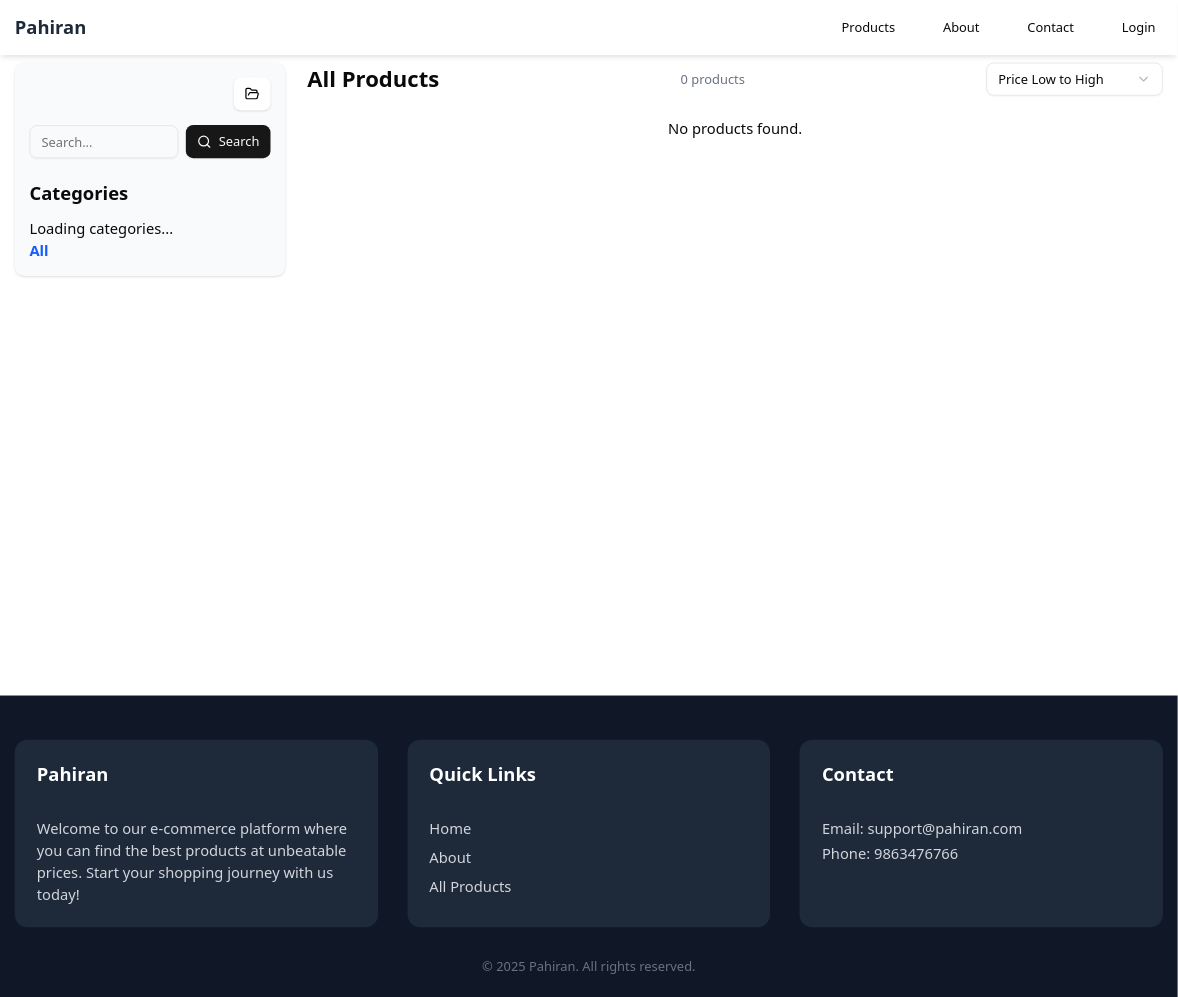
Repository: sushilaneupane/ecommerce_frontend
Page: /products
An editor plug-in stored every save of this project. The page is shown before and after a run of saves, followed by the edit.
The browser window is 1280 px wide. The pictures show the whole page, at 92% of full size.
The page's requests for data from a server got no answer. The project was rebuilt for these pictures with package versions that can differ from the ones it lists, and the page was loaded fresh each time. No one was signed in, and anything a server would have sent is missing. Also part of the build but not shown: vite.config.js, src/middleware/ProtectedRoute.jsx, src/components/Sidebar.jsx, src/layouts/AdminLayout.jsx, src/pages/NewArrival.jsx, src/pages/Featured.jsx, src/pages/Hero.jsx, src/components/ui/label.jsx and 35 more.

Above is the page before, as saved 2025-10-24 15:50:30.

### index.html
<!doctype html>
<html lang="en">
  <head>
    <meta charset="UTF-8" />
    <link rel="icon" type="image/svg+xml" href="/ecommerce.svg" />
    <meta name="viewport" content="width=device-width, initial-scale=1.0" />
    <title>Pahichan</title>
  </head>
  <body>
    <div id="root"></div>
    <script type="module" src="/src/main.jsx"></script>
  </body>
</html>

### src/main.jsx
import React from "react";
import ReactDOM from "react-dom/client";
import App from "./App";
import "./index.css";
import { QueryClient, QueryClientProvider } from "@tanstack/react-query";
import { AuthProvider } from "./context/AuthContext";
import { BrowserRouter } from "react-router-dom";

const queryClient = new QueryClient();

ReactDOM.createRoot(document.getElementById("root")).render(
  <React.StrictMode>
     <BrowserRouter>
      <QueryClientProvider client={queryClient}>
        <AuthProvider>
          <App />
        </AuthProvider>
      </QueryClientProvider>
    </BrowserRouter>
  </React.StrictMode>
);

### src/App.jsx
import React from "react";
import { Routes, Route } from "react-router-dom";
import { useAuth } from "./context/AuthContext";
import ProtectedRoute from "./middleware/ProtectedRoute";

import MainLayout from "./layouts/MainLayout";
import AdminLayout from "./layouts/AdminLayout";

// User pages
import Hero from "./Pages/Hero";
import LoginForm from "./pages/LoginForm";
import AllProducts from "./pages/AllProducts";
import NewArrival from "./pages/NewArrival";
import Contact from "./pages/Contact";
import RegisterForm from "./pages/RegisterForm";
import AboutPage from "./pages/About";
import InfoCard from "./components/InfoCard";
import ProfileCard from "./components/ProfileCard";
import Wishlist from "./pages/Wishlist";
import ShoppingCart from "./pages/Cart";
import Product from "./pages/ProductOverview";
import Featured from "./pages/Featured";
import CheckoutPage from "./pages/Checkout";
import MyOrders from "./pages/MyOrder";
import MyProfile from "./pages/MyProfile";
import ProductTable from "./pages/admin/ProductManagement"
import AdminDashboard from "./pages/admin/AdminDashboard";
import CategoryManagement from "./pages/admin/CategoryManagement";

function App() {
  const { user } = useAuth();

  return (
    <Routes>
      {/* 🌐 MAIN WEBSITE ROUTES */}
      <Route element={<MainLayout />}>
        <Route path="/" element={<Hero />} />
        <Route path="/login" element={<LoginForm />} />
        <Route path="/register" element={<RegisterForm />} />
        <Route path="/about" element={<AboutPage />} />
        <Route path="/contact" element={<Contact />} />
        <Route path="/products" element={<AllProducts />} />
        <Route path="/newarrival" element={<NewArrival />} />
        <Route path="/featured" element={<Featured />} />
        <Route path="/wishlist" element={<Wishlist />} />
        <Route path="/cart" element={<ShoppingCart />} />
        <Route path="/product/:id" element={<Product />} />
        <Route path="/order" element={<CheckoutPage />} />
        <Route path="/myorders" element={<MyOrders />} />
        <Route path="/myprofile" element={<MyProfile />} />
        <Route path="/infocard" element={<InfoCard />} />
        <Route path="/profilecard" element={<ProfileCard />} />
      </Route>

      <Route
        path="/admin/dashboard"
        element={
          <ProtectedRoute allowedRoles={["ADMIN"]}>
            <AdminLayout />
          </ProtectedRoute>
        }
      >
        <Route index element={<AdminDashboard />} />
        <Route path="categories" element={<CategoryManagement />} />
        <Route path="products" element={<ProductTable />} />
      </Route>
    </Routes>
  );
}

export default App;

### src/context/AuthContext.jsx
import React, { createContext, useContext, useState, useEffect } from "react";

const AuthContext = createContext();

export const AuthProvider = ({ children }) => {
  const [isAuthenticated, setIsAuthenticated] = useState(false);
  const [user, setUser] = useState(null);
  const [loading, setLoading] = useState(true); // ✅ new loading state

  // Restore token and user from localStorage on mount
  useEffect(() => {
    const token = localStorage.getItem("authToken");
    const userData = localStorage.getItem("user");
    if (token && userData) {
      setIsAuthenticated(true);
      setUser(JSON.parse(userData));
    }
    setLoading(false); // ✅ done restoring
  }, []);

  const login = (token, userData) => {
    localStorage.setItem("authToken", token);
    localStorage.setItem("user", JSON.stringify(userData));
    setIsAuthenticated(true);
    setUser(userData);
  };

  const logout = () => {
    localStorage.removeItem("authToken");
    localStorage.removeItem("user");
    setIsAuthenticated(false);
    setUser(null);
  };

  return (
    <AuthContext.Provider value={{ isAuthenticated, user, loading, login, logout }}>
      {children}
    </AuthContext.Provider>
  );
};

export const useAuth = () => useContext(AuthContext);

### src/layouts/MainLayout.jsx
import React from "react";
import NavBar from "../components/NavBar";
import Footer from "../components/Footer";
import { Toaster } from "sonner";
import { Outlet } from "react-router-dom";

export default function MainLayout() {
  return (
    <>
      <NavBar />
      <main className="min-h-screen">
        <Outlet />
      </main>
      <Footer />
      <Toaster richColors position="top-right" />
    </>
  );
}

### src/components/Footer.jsx
import React from "react";
import { Card, CardContent, CardHeader, CardTitle } from "@/components/ui/card";
import { Link } from "react-router-dom";

export default function Footer() {
  return (
    <footer className="bg-gray-900 text-white pt-12 pb-6">
      <div className="container mx-auto px-4">
        <div className="flex flex-col md:flex-row md:justify-between gap-8">
          {/* About */}
          <Card className="bg-gray-800 md:w-1/3 shadow-none border-0 w-full">
            <CardHeader>
              <CardTitle className="text-xl text-white">Pahiran</CardTitle>
            </CardHeader>
            <CardContent>
              <p className="text-gray-300">
                Welcome to our e-commerce platform where you can find the best products at unbeatable prices.
                Start your shopping journey with us today!
              </p>
            </CardContent>
          </Card>

          {/* Quick Links */}
          <Card className="bg-gray-800 md:w-1/3 shadow-none border-0 w-full">
            <CardHeader>
              <CardTitle className="text-xl text-white">Quick Links</CardTitle>
            </CardHeader>
            <CardContent className="space-y-2">
              <Link to="/" className="text-gray-300 hover:text-blue-400 block">
                Home
              </Link>
              <Link to="/about" className="text-gray-300 hover:text-blue-400 block">
                About
              </Link>
              <Link to="/products" className="text-gray-300 hover:text-blue-400 block">
                All Products
              </Link>
            </CardContent>
          </Card>

          {/* Contact */}
          <Card className="bg-gray-800 md:w-1/3 shadow-none border-0 w-full">
            <CardHeader>
              <CardTitle className="text-xl text-white">Contact</CardTitle>
            </CardHeader>
            <CardContent className="space-y-1">
              <p className="text-gray-300">Email: support@pahiran.com</p>
              <p className="text-gray-300">Phone: 9863476766</p>
            </CardContent>
          </Card>
        </div>

        {/* Copyright */}
        <div className="mt-8 text-center text-gray-500 text-sm">
          &copy; {new Date().getFullYear()} Pahiran. All rights reserved.
        </div>
      </div>
    </footer>
  );
}

### src/components/ui/button.jsx
import * as React from "react"
import { Slot } from "@radix-ui/react-slot"
import { cva } from "class-variance-authority";

import { cn } from "@/lib/utils"

const buttonVariants = cva(
  "inline-flex items-center justify-center gap-2 whitespace-nowrap rounded-md text-sm font-medium transition-all disabled:pointer-events-none disabled:opacity-50 [&_svg]:pointer-events-none [&_svg:not([class*='size-'])]:size-4 shrink-0 [&_svg]:shrink-0 outline-none focus-visible:border-ring focus-visible:ring-ring/50 focus-visible:ring-[3px] aria-invalid:ring-destructive/20 dark:aria-invalid:ring-destructive/40 aria-invalid:border-destructive",
  {
    variants: {
      variant: {
        default:
          "bg-primary text-primary-foreground shadow-xs hover:bg-primary/90",
        destructive:
          "bg-destructive text-white shadow-xs hover:bg-destructive/90 focus-visible:ring-destructive/20 dark:focus-visible:ring-destructive/40 dark:bg-destructive/60",
        outline:
          "border bg-background shadow-xs hover:bg-accent hover:text-accent-foreground dark:bg-input/30 dark:border-input dark:hover:bg-input/50",
        secondary:
          "bg-secondary text-secondary-foreground shadow-xs hover:bg-secondary/80",
        ghost:
          "hover:bg-accent hover:text-accent-foreground dark:hover:bg-accent/50",
        link: "text-primary underline-offset-4 hover:underline",
      },
      size: {
        default: "h-9 px-4 py-2 has-[>svg]:px-3",
        sm: "h-8 rounded-md gap-1.5 px-3 has-[>svg]:px-2.5",
        lg: "h-10 rounded-md px-6 has-[>svg]:px-4",
        icon: "size-9",
      },
    },
    defaultVariants: {
      variant: "default",
      size: "default",
    },
  }
)

function Button({
  className,
  variant,
  size,
  asChild = false,
  ...props
}) {
  const Comp = asChild ? Slot : "button"

  return (
    <Comp
      data-slot="button"
      className={cn(buttonVariants({ variant, size, className }))}
      {...props} />
  );
}

export { Button, buttonVariants }

### src/components/ui/input.jsx
import * as React from "react"

import { cn } from "@/lib/utils"

function Input({
  className,
  type,
  ...props
}) {
  return (
    <input
      type={type}
      data-slot="input"
      className={cn(
        "file:text-foreground placeholder:text-muted-foreground selection:bg-primary selection:text-primary-foreground dark:bg-input/30 border-input h-9 w-full min-w-0 rounded-md border bg-transparent px-3 py-1 text-base shadow-xs transition-[color,box-shadow] outline-none file:inline-flex file:h-7 file:border-0 file:bg-transparent file:text-sm file:font-medium disabled:pointer-events-none disabled:cursor-not-allowed disabled:opacity-50 md:text-sm",
        "focus-visible:border-ring focus-visible:ring-ring/50 focus-visible:ring-[3px]",
        "aria-invalid:ring-destructive/20 dark:aria-invalid:ring-destructive/40 aria-invalid:border-destructive",
        className
      )}
      {...props} />
  );
}

export { Input }

### src/components/ui/card.jsx
import * as React from "react"

import { cn } from "@/lib/utils"

function Card({
  className,
  ...props
}) {
  return (
    <div
      data-slot="card"
      className={cn(
        "bg-card text-card-foreground flex flex-col gap-6 rounded-xl border py-6 shadow-sm",
        className
      )}
      {...props} />
  );
}

function CardHeader({
  className,
  ...props
}) {
  return (
    <div
      data-slot="card-header"
      className={cn(
        "@container/card-header grid auto-rows-min grid-rows-[auto_auto] items-start gap-2 px-6 has-data-[slot=card-action]:grid-cols-[1fr_auto] [.border-b]:pb-6",
        className
      )}
      {...props} />
  );
}

function CardTitle({
  className,
  ...props
}) {
  return (
    <div
      data-slot="card-title"
      className={cn("leading-none font-semibold", className)}
      {...props} />
  );
}

function CardDescription({
  className,
  ...props
}) {
  return (
    <div
      data-slot="card-description"
      className={cn("text-muted-foreground text-sm", className)}
      {...props} />
  );
}

function CardAction({
  className,
  ...props
}) {
  return (
    <div
      data-slot="card-action"
      className={cn(
        "col-start-2 row-span-2 row-start-1 self-start justify-self-end",
        className
      )}
      {...props} />
  );
}

function CardContent({
  className,
  ...props
}) {
  return (<div data-slot="card-content" className={cn("px-6", className)} {...props} />);
}

function CardFooter({
  className,
  ...props
}) {
  return (
    <div
      data-slot="card-footer"
      className={cn("flex items-center px-6 [.border-t]:pt-6", className)}
      {...props} />
  );
}

export {
  Card,
  CardHeader,
  CardFooter,
  CardTitle,
  CardAction,
  CardDescription,
  CardContent,
}

### src/components/ui/select.jsx
import * as React from "react"
import * as SelectPrimitive from "@radix-ui/react-select"
import { CheckIcon, ChevronDownIcon, ChevronUpIcon } from "lucide-react"

import { cn } from "@/lib/utils"

function Select({
  ...props
}) {
  return <SelectPrimitive.Root data-slot="select" {...props} />;
}

function SelectGroup({
  ...props
}) {
  return <SelectPrimitive.Group data-slot="select-group" {...props} />;
}

function SelectValue({
  ...props
}) {
  return <SelectPrimitive.Value data-slot="select-value" {...props} />;
}

function SelectTrigger({
  className,
  size = "default",
  children,
  ...props
}) {
  return (
    <SelectPrimitive.Trigger
      data-slot="select-trigger"
      data-size={size}
      className={cn(
        "border-input data-[placeholder]:text-muted-foreground [&_svg:not([class*='text-'])]:text-muted-foreground focus-visible:border-ring focus-visible:ring-ring/50 aria-invalid:ring-destructive/20 dark:aria-invalid:ring-destructive/40 aria-invalid:border-destructive dark:bg-input/30 dark:hover:bg-input/50 flex w-fit items-center justify-between gap-2 rounded-md border bg-transparent px-3 py-2 text-sm whitespace-nowrap shadow-xs transition-[color,box-shadow] outline-none focus-visible:ring-[3px] disabled:cursor-not-allowed disabled:opacity-50 data-[size=default]:h-9 data-[size=sm]:h-8 *:data-[slot=select-value]:line-clamp-1 *:data-[slot=select-value]:flex *:data-[slot=select-value]:items-center *:data-[slot=select-value]:gap-2 [&_svg]:pointer-events-none [&_svg]:shrink-0 [&_svg:not([class*='size-'])]:size-4",
        className
      )}
      {...props}>
      {children}
      <SelectPrimitive.Icon asChild>
        <ChevronDownIcon className="size-4 opacity-50" />
      </SelectPrimitive.Icon>
    </SelectPrimitive.Trigger>
  );
}

function SelectContent({
  className,
  children,
  position = "popper",
  ...props
}) {
  return (
    <SelectPrimitive.Portal>
      <SelectPrimitive.Content
        data-slot="select-content"
        className={cn(
          "bg-popover text-popover-foreground data-[state=open]:animate-in data-[state=closed]:animate-out data-[state=closed]:fade-out-0 data-[state=open]:fade-in-0 data-[state=closed]:zoom-out-95 data-[state=open]:zoom-in-95 data-[side=bottom]:slide-in-from-top-2 data-[side=left]:slide-in-from-right-2 data-[side=right]:slide-in-from-left-2 data-[side=top]:slide-in-from-bottom-2 relative z-50 max-h-(--radix-select-content-available-height) min-w-[8rem] origin-(--radix-select-content-transform-origin) overflow-x-hidden overflow-y-auto rounded-md border shadow-md",
          position === "popper" &&
            "data-[side=bottom]:translate-y-1 data-[side=left]:-translate-x-1 data-[side=right]:translate-x-1 data-[side=top]:-translate-y-1",
          className
        )}
        position={position}
        {...props}>
        <SelectScrollUpButton />
        <SelectPrimitive.Viewport
          className={cn("p-1", position === "popper" &&
            "h-[var(--radix-select-trigger-height)] w-full min-w-[var(--radix-select-trigger-width)] scroll-my-1")}>
          {children}
        </SelectPrimitive.Viewport>
        <SelectScrollDownButton />
      </SelectPrimitive.Content>
    </SelectPrimitive.Portal>
  );
}

function SelectLabel({
  className,
  ...props
}) {
  return (
    <SelectPrimitive.Label
      data-slot="select-label"
      className={cn("text-muted-foreground px-2 py-1.5 text-xs", className)}
      {...props} />
  );
}

function SelectItem({
  className,
  children,
  ...props
}) {
  return (
    <SelectPrimitive.Item
      data-slot="select-item"
      className={cn(
        "focus:bg-accent focus:text-accent-foreground [&_svg:not([class*='text-'])]:text-muted-foreground relative flex w-full cursor-default items-center gap-2 rounded-sm py-1.5 pr-8 pl-2 text-sm outline-hidden select-none data-[disabled]:pointer-events-none data-[disabled]:opacity-50 [&_svg]:pointer-events-none [&_svg]:shrink-0 [&_svg:not([class*='size-'])]:size-4 *:[span]:last:flex *:[span]:last:items-center *:[span]:last:gap-2",
        className
      )}
      {...props}>
      <span className="absolute right-2 flex size-3.5 items-center justify-center">
        <SelectPrimitive.ItemIndicator>
          <CheckIcon className="size-4" />
        </SelectPrimitive.ItemIndicator>
      </span>
      <SelectPrimitive.ItemText>{children}</SelectPrimitive.ItemText>
    </SelectPrimitive.Item>
  );
}

function SelectSeparator({
  className,
  ...props
}) {
  return (
    <SelectPrimitive.Separator
      data-slot="select-separator"
      className={cn("bg-border pointer-events-none -mx-1 my-1 h-px", className)}
      {...props} />
  );
}

function SelectScrollUpButton({
  className,
  ...props
}) {
  return (
    <SelectPrimitive.ScrollUpButton
      data-slot="select-scroll-up-button"
      className={cn("flex cursor-default items-center justify-center py-1", className)}
      {...props}>
      <ChevronUpIcon className="size-4" />
    </SelectPrimitive.ScrollUpButton>
  );
}

function SelectScrollDownButton({
  className,
  ...props
}) {
  return (
    <SelectPrimitive.ScrollDownButton
      data-slot="select-scroll-down-button"
      className={cn("flex cursor-default items-center justify-center py-1", className)}
      {...props}>
      <ChevronDownIcon className="size-4" />
    </SelectPrimitive.ScrollDownButton>
  );
}

export {
  Select,
  SelectContent,
  SelectGroup,
  SelectItem,
  SelectLabel,
  SelectScrollDownButton,
  SelectScrollUpButton,
  SelectSeparator,
  SelectTrigger,
  SelectValue,
}

### src/hooks/useProducts.js
import { useQuery, useMutation, useQueryClient } from "@tanstack/react-query";
import {
  fetchProducts,
  fetchProductById,
  createProduct,
  updateProduct,
  deleteProduct,
} from "../api/productApi";
import { PRODUCT_KEY } from "@/utils/queryKeys";
import { toast } from "sonner";

export function useProducts() {
  const token = localStorage.getItem("authToken");
  const queryClient = useQueryClient();

  const { data: productsData, isLoading, isError } = useQuery({
    queryKey: [PRODUCT_KEY],
    queryFn: () => fetchProducts(token),
    enabled: !!token,
    select: (res) => res?.data || [],
  });


  const create = useMutation({
  mutationFn: (newProduct) => createProduct(newProduct, token),
  onSuccess: () => {
    toast.success("Product created successfully!");
    queryClient.invalidateQueries([PRODUCT_KEY]);
    setDialogOpen(false);
  },
  onError: (err) => {
    toast.error(err?.response?.data?.message || "Failed to create product");
  },
});


const update = useMutation({
  mutationFn: ({ id, data }) => updateProduct(id, data, token),
  onSuccess: () => {
    toast.success("Product updated successfully!");
    queryClient.invalidateQueries([PRODUCT_KEY]);
    setDialogOpen(false); // ✅ close dialog on success
  },
  onError: (err) => {
    toast.error(err?.response?.data?.message || "Failed to update product");
  },
});


  // 🔹 Delete Product
  const remove = useMutation({
    mutationFn: (id) => deleteProduct(id, token),
    onSuccess: () => {
      toast.success("Product deleted successfully!");
      queryClient.invalidateQueries([PRODUCT_KEY]);
    },
    onError: (err) => {
      toast.error(err?.response?.data?.message || "Failed to delete product");
    },
  });

  return {
    products: productsData,
    isLoading,
    isError,
    create,
    update,
    remove,
  };
}

// 🔹 Fetch single product by ID
export function useProductById(id) {
  const token = localStorage.getItem("authToken");

  const { data: product, isLoading, isError } = useQuery({
    queryKey: [PRODUCT_KEY, id],
    queryFn: () => fetchProductById(id, token),
    enabled: !!id && !!token,
    select: (data) => ({
      ...data,
      firstImage: data?.images?.[0]
        ? `http://localhost:3001/uploads/${data.images[0].image}`
        : "/image/cardimage.jpg",
    }),
  });

  return { product, isLoading, isError };
}

Loaded but not shown: src/index.css (common file); src/lib/utils.js (common file); src/api/productApi.js (77 lines, source omitted); src/hooks/useCart.js (54 lines, source omitted); src/api/categoryApi.js (60 lines, source omitted); src/hooks/useCategories.js (53 lines, source omitted); src/api/cartApi.js (48 lines, source omitted); src/utils/queryKeys.js (6 lines, source omitted); src/components/NavBar.jsx (242 lines, source omitted); src/pages/AllProducts.jsx (190 lines, source omitted); src/components/ui/navigation-menu.jsx (152 lines, source omitted)

After the next 2 saves:
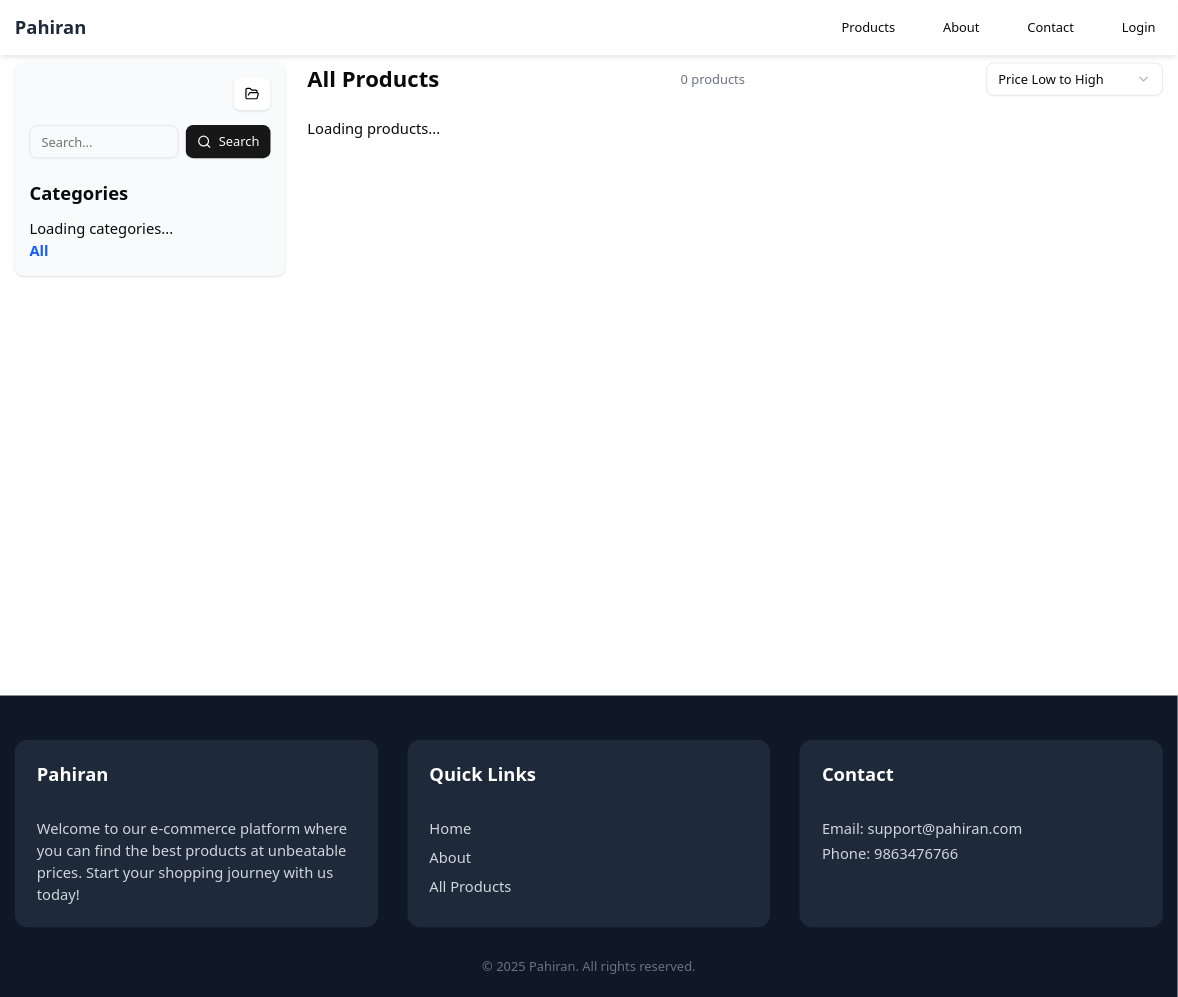
The 2 saves are shown as one change because they came seconds apart.
The last was saved 34 s later.
--- a/src/hooks/useProducts.js
+++ b/src/hooks/useProducts.js
@@ -15,8 +15,7 @@ export function useProducts() {
 
   const { data: productsData, isLoading, isError } = useQuery({
     queryKey: [PRODUCT_KEY],
-    queryFn: () => fetchProducts(token),
-    enabled: !!token,
+    queryFn: () => fetchProducts(),
     select: (res) => res?.data || [],
   });
 
